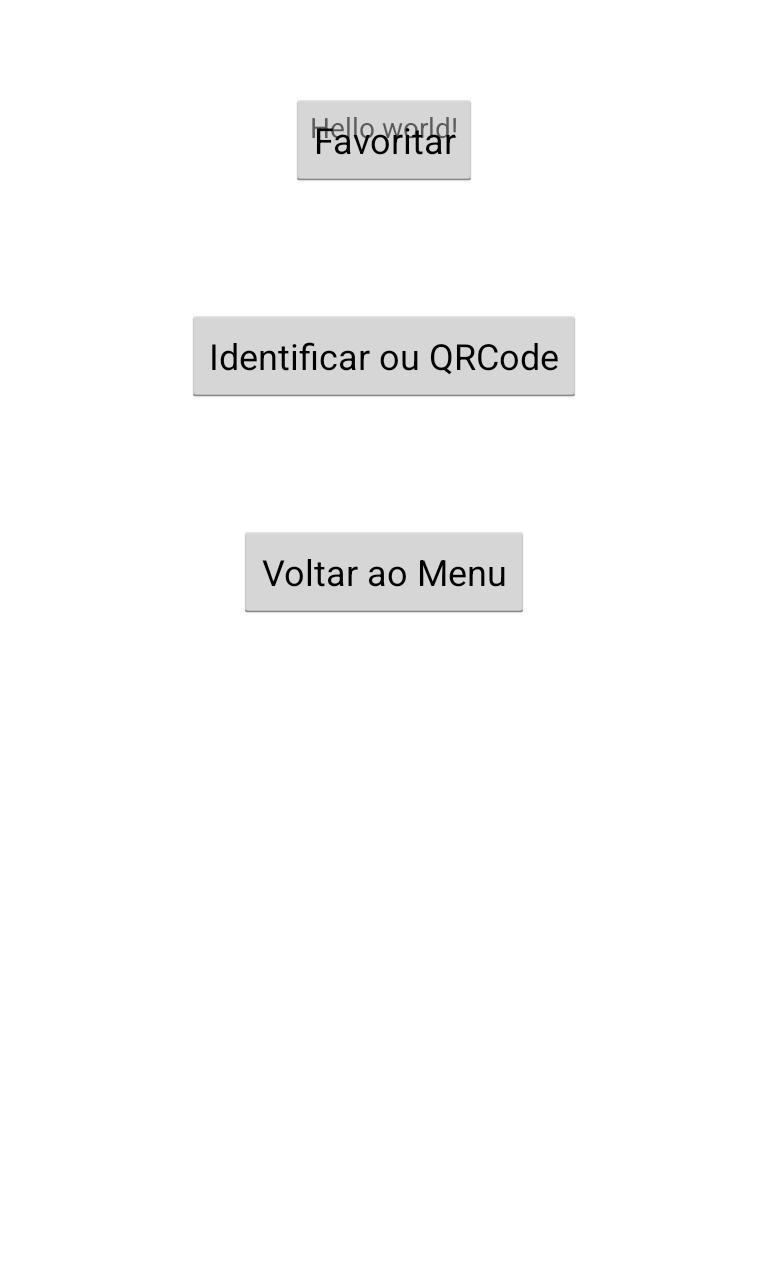
Repository: raphaelferras/eshelf
Layout: eshelfApp/E-shelf/res/layout/activity_item.xml
The author's editor kept a copy of each file at every save. The layout is drawn from the files as they stood at one save, then again after the next save.
It is drawn on a 768 x 1280 px phone screen (xhdpi) without system bars, with theme AppTheme; the app's code is not run.

Above is the layout before, as saved 2013-03-23 15:59:51.

After the next save:
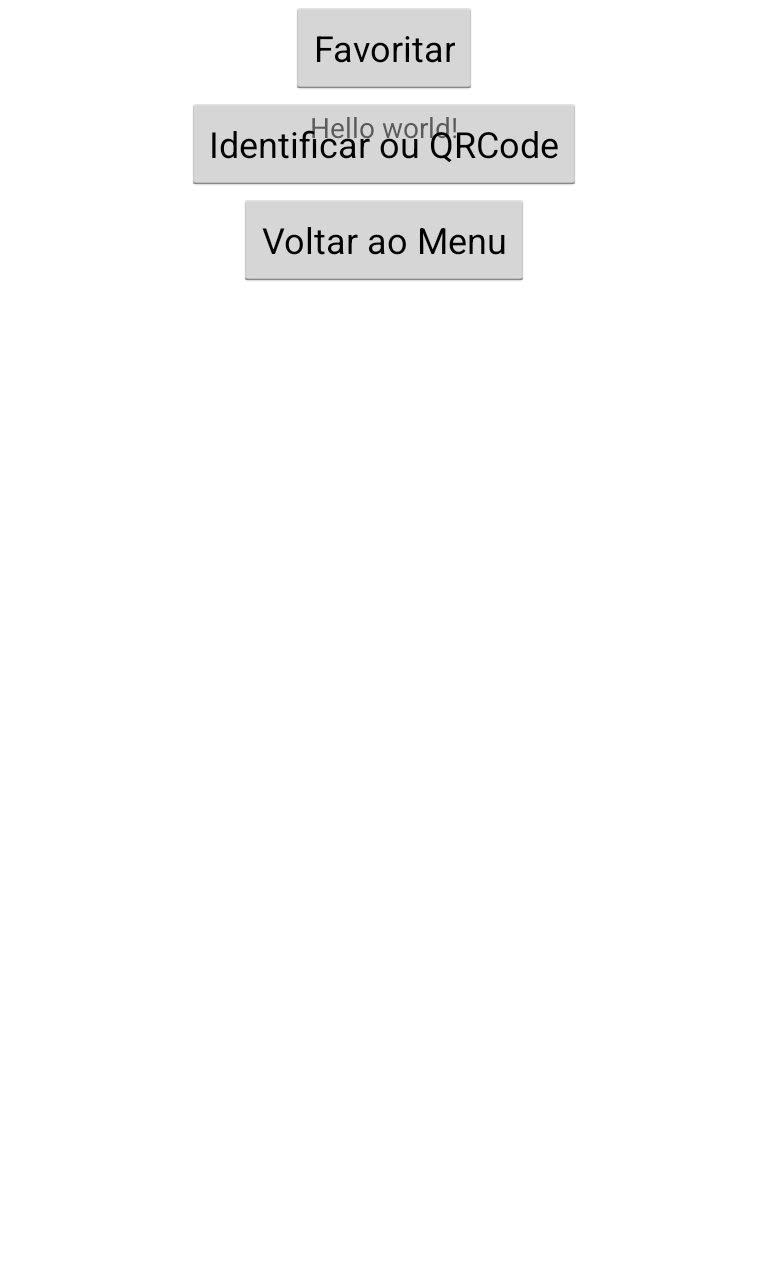
Saved 78 s later.
--- a/eshelfApp/E-shelf/res/layout/activity_item.xml
+++ b/eshelfApp/E-shelf/res/layout/activity_item.xml
@@ -38,7 +38,7 @@
             android:layout_alignParentTop="true"
             android:layout_below="@+id/title"
             android:layout_centerHorizontal="true"
-            android:layout_marginTop="46dp"
+
             android:text="Favoritar" />
 
         <Button
@@ -47,7 +47,6 @@
             android:layout_height="wrap_content"
             android:layout_below="@+id/favorite"
             android:layout_centerHorizontal="true"
-            android:layout_marginTop="60dp"
             android:text="Identificar ou QRCode" />
 
         <Button
@@ -56,7 +55,6 @@
             android:layout_height="wrap_content"
             android:layout_below="@+id/try_again"
             android:layout_centerHorizontal="true"
-            android:layout_marginTop="60dp"
             android:text="Voltar ao Menu" />
     </RelativeLayout>
 
